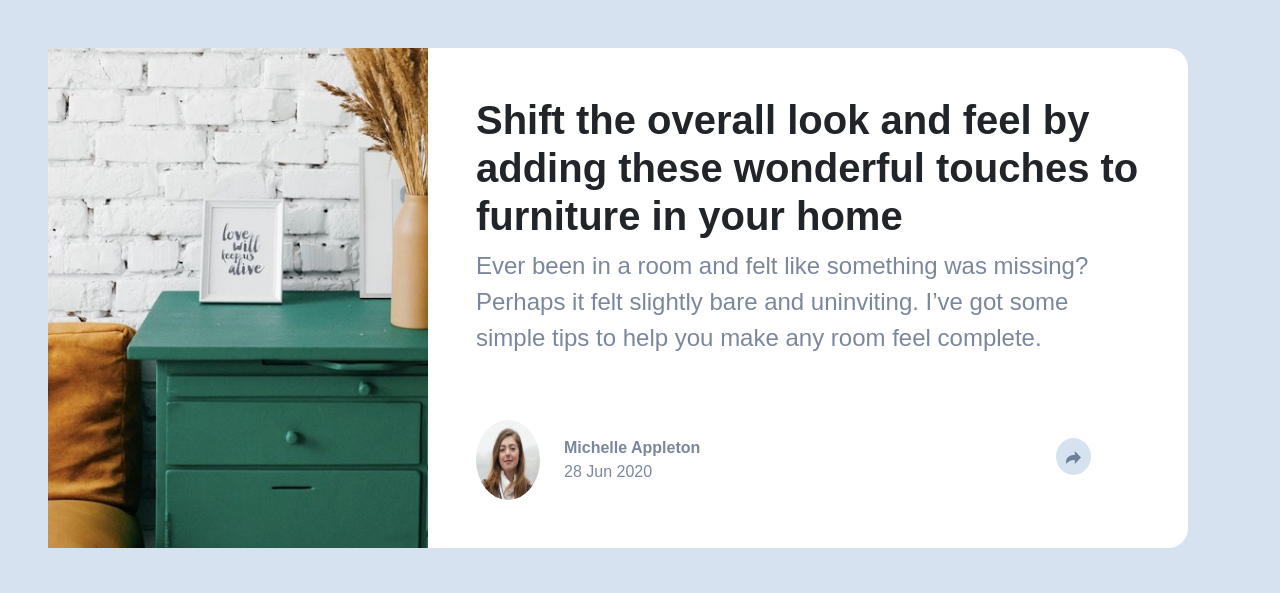
Repository: blordeus/article-preview-component
Page: index.html
The author's editor kept a copy of each file at every save. The page is drawn from the files as they stood at one save, then again after a run of saves.
The browser window is 1280 px wide. The pictures show the whole page.

Above is the page before, as saved 2024-05-18 08:43:39.

### index.html
<!DOCTYPE html>
<html lang="en">
<head>
  <meta charset="UTF-8">
  <meta name="viewport" content="width=device-width, initial-scale=1.0"> <!-- displays site properly based on user's device -->

  <link rel="icon" type="image/png" sizes="32x32" href="./images/favicon-32x32.png">
  <link href="https://cdn.jsdelivr.net/npm/bootstrap@5.3.3/dist/css/bootstrap.min.css" rel="stylesheet" integrity="sha384-QWTKZyjpPEjISv5WaRU9OFeRpok6YctnYmDr5pNlyT2bRjXh0JMhjY6hW+ALEwIH" crossorigin="anonymous">
  <script src="https://cdn.jsdelivr.net/npm/bootstrap@5.3.3/dist/js/bootstrap.bundle.min.js" integrity="sha384-YvpcrYf0tY3lHB60NNkmXc5s9fDVZLESaAA55NDzOxhy9GkcIdslK1eN7N6jIeHz" crossorigin="anonymous" defer></script>
  <script src="./socials.js" defer></script>
  <link rel="stylesheet" href="style.css">
  <title>Frontend Mentor | Article preview component</title>

</head>
<body class="container m-5">

  <main class="bg-color row">

    <section id="section-1" class="col-4">
    </section>

    <section class="col my-auto p-5">
      <h1 class="text-color fw-bold fs-1">Shift the overall look and feel by adding these wonderful touches to furniture in your home</h1>

      <p class="fs-4">
        Ever been in a room and felt like something was missing? Perhaps
        it felt slightly bare and uninviting. I’ve got some simple tips
        to help you make any room feel complete.
      </p>
      <div class="row pt-5">
        <div class="col d-flex">
          <img id="avatar" src="./images/avatar-michelle.jpg" alt="michelle">
            <div class="ms-4 vstack my-auto mt-3">
              <p class="fw-bold font-black fs-6">Michelle Appleton <br> <span class="fw-normal">28 Jun 2020</span></p>
            </div>
          </div>
          <div class="col my-auto d-flex">
              <div id="popup-desktop" class="d-flex gap-4 align-items-center popup">
                <p  class="popup-text mt-3">S H A R E</p>
                  <img id="facebook" src="./images/icon-facebook.svg" alt="facebook">
                  <img id="twitter" src="./images/icon-twitter.svg" alt="twitter">
                  <img id="pinterest" src="./images/icon-pinterest.svg" alt="pinterest">
              </div>
            <a class="mt-3" id="share-desktop" href="#"><span class="share-background"><img src="./images/icon-share.svg" alt="share"></span></a>
          </div>
        </div>
      </div>
    </section>

  </main>
  <div class="attribution d-none">
    Challenge by <a href="https://www.frontendmentor.io?ref=challenge" target="_blank">Frontend Mentor</a>.
    Coded by <a href="#">Bryan Lordeus</a>.
  </div>
</body>
</html>

### style.css
/* root */
:root {
    --white: hsl(0, 0%, 100%);
    --light-gray: hsl(212, 45%, 89%);
    --grayish-blue: hsl(220, 15%, 55%);
    --dark-blue: hsl(218, 44%, 22%);
}

/* import Manrope font */
@import url('https://fonts.googleapis.com/css2?family=Manrope:wght@500;700&display=swap');

* {
    font-family: 'Manrope', sans-serif;
    font-weight: 500;
    margin: 0;
    padding: 0;
    box-sizing: border-box;
}


body {
    background-color: var(--light-gray);
}

main {
    background-color: var(--white);
    border-radius: 20px;

}

p {
    font-size: 13px;
    color: var(--grayish-blue);
}

#section-1 {
    background-image: url(./images/drawers.jpg);
    background-repeat: no-repeat;
    background-size: cover;
}

#avatar {
    /* make round */
    border-radius: 50%;
    /* make image smaller */
    width: 20%;
}

#share {
    width: 7%;
    position: static;
    margin-bottom: 2%;
}

.share-background {
    /* add light gray circle as background to icon */
    background-color: var(--light-gray);
    border-radius: 50%;
    padding: 10px;
    /* center icon */
    margin-left: 15px;
    margin-right: 15px;
    z-index: -2;
}

#popup {
    background-color: var(--dark-blue);
    border-radius: 20px;
    padding: 5px 40px;
    position: absolute;
    top: 50%;
    left: 50%;
    transform: translate(30%, -100%);
    z-index: 1;
    margin-top: 15px;
    margin-bottom: 15px;
}

#popup-desktop {
}

.popup-hidden {
    display: none;
}

.popup-active {
    display: block;
}

.popup-text {
    color: var(--white);
    font-size: 20px;
}

### socials.js
const popUp = document.querySelector('.popup')

popUp.className

popUp.classList.add('hidden')
popUp.classList.add('active')

popUp.addEventListener('click', togglePopUp)

popUp.addEventListener('click', hidePopUp)

function showPopUp() {
    popUp.classList.remove('hidden')
}

function hidePopUp() {
    popUp.classList.add('hidden')
}

function togglePopUp() {
    popUp.classList.toggle('hidden')
}

//add event listener to toggle popup

After the next 3 saves:
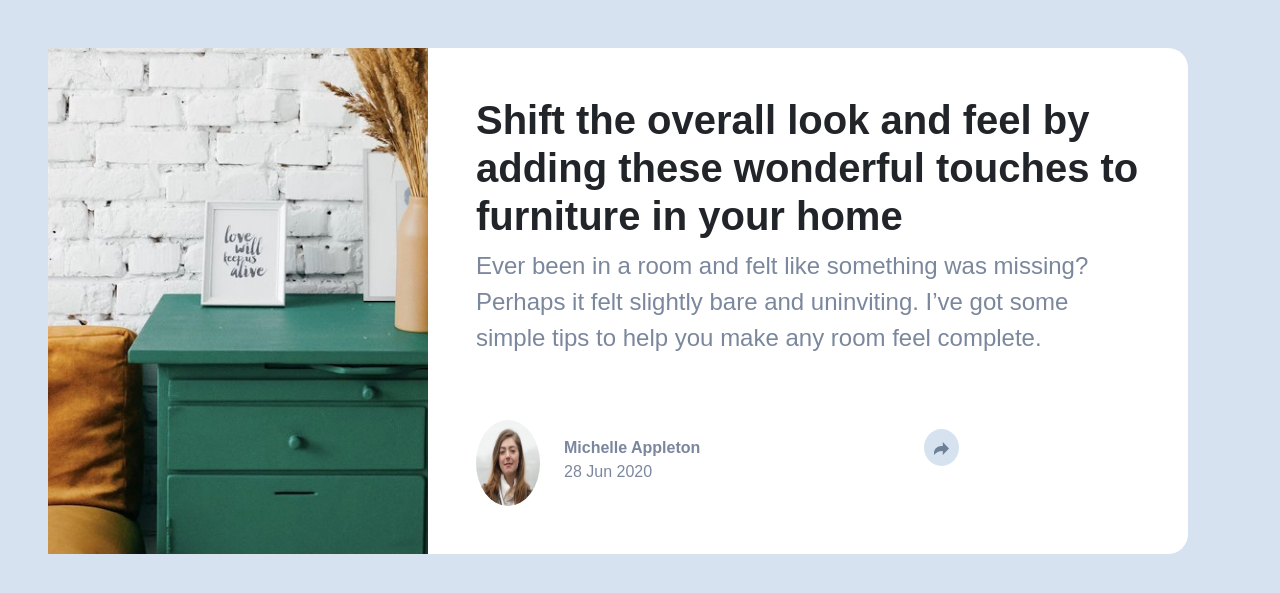
The 3 saves are shown as one change because they came seconds apart.
The last was saved 9 s later.
--- a/socials.js
+++ b/socials.js
@@ -1,6 +1,6 @@
 const popUp = document.querySelector('.popup')
 
-popUp.className
+popUp.className = 'hidden'
 
 popUp.classList.add('hidden')
 popUp.classList.add('active')

After the 3 saves that followed:
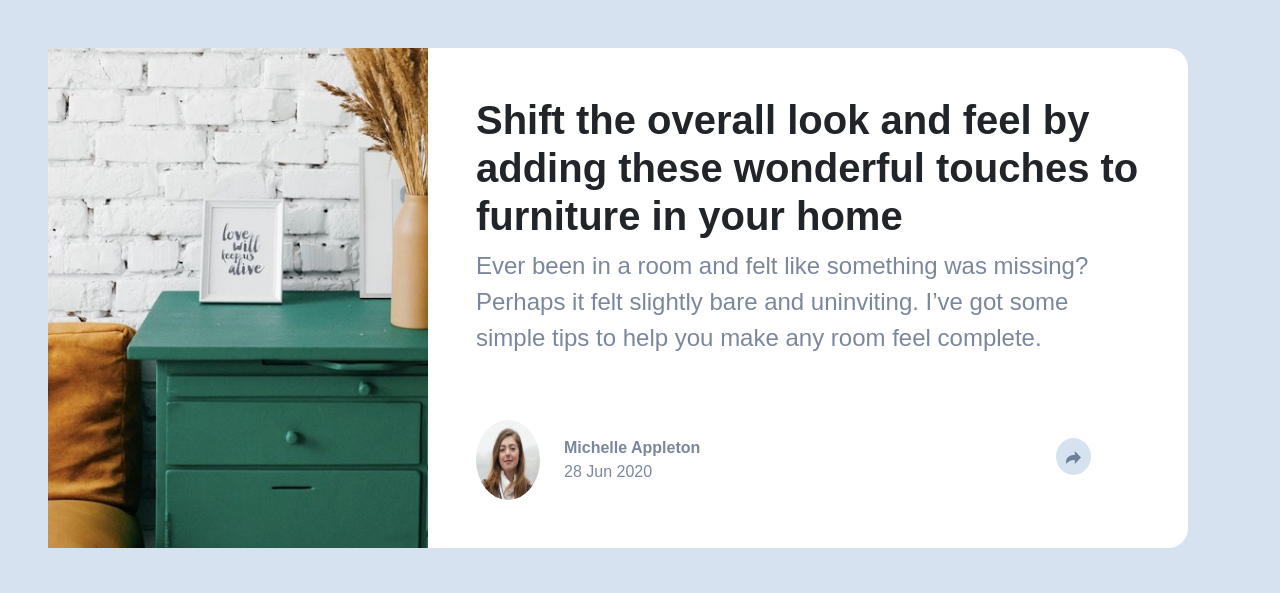
Console error: SyntaxError: Unexpected token '<<'
The 3 saves are shown as one change because 2 left the picture as it was.
The last was saved 2 min 26 s later.
--- a/socials.js
+++ b/socials.js
@@ -2,17 +2,22 @@
 
 popUp.className = 'hidden'
 
-popUp.classList.add('hidden')
 popUp.classList.add('active')
 
 popUp.addEventListener('click', togglePopUp)
 
-popUp.addEventListener('click', hidePopUp)
 
 function showPopUp() {
     popUp.classList.remove('hidden')
 }
 
+<<<<<<<<<<<<<  ✨ Codeium AI Suggestion  >>>>>>>>>>>>>>
++/**
++ * Hides the popup by adding the 'hidden' class to the popUp element.
++ *
++ * @return {void} This function does not return anything.
++ */
+<<<<<  bot-6ab914ac-a5cf-405d-9f74-b01b329b0079  >>>>>
 function hidePopUp() {
     popUp.classList.add('hidden')
 }
